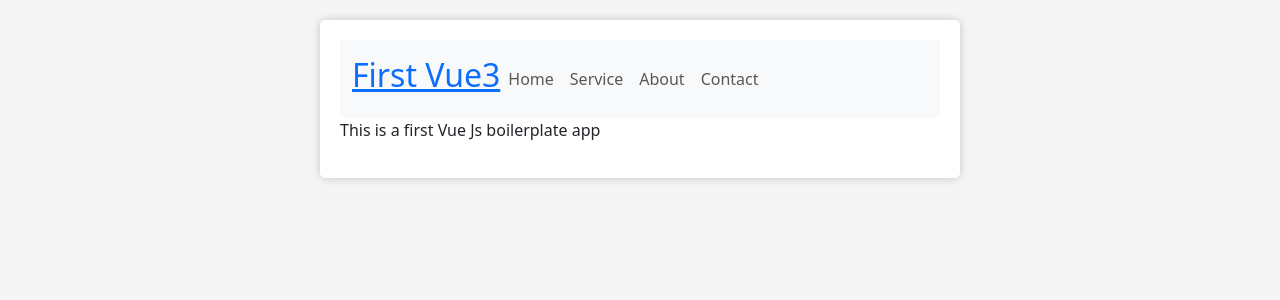
Repository: feyroozecode/intro-vue3-app
Page: index.html
These files come from the project's save history. The page is drawn as it stood at one moment and after the next save; the edit follows.
The browser window is 1280 px wide. The pictures show the whole page.

Above is the page before, as saved 2023-08-14 08:39:24.

### index.html
<!DOCTYPE html>
<html lang="en">
<head>
    <meta charset="UTF-8">
    <meta name="viewport" content="width=device-width, initial-scale=1.0">
    <title>VueJs 3</title>
    <link href="https://cdn.jsdelivr.net/npm/bootstrap@5.3.1/dist/css/bootstrap.min.css" rel="stylesheet" />
    <script src="https://unpkg.com/vue@3/dist/vue.global.js"></script>
</head>

<style>
    body {
        background-color: #f5f5f5;
        margin: 10;
    }
    #app {
        background-color: #fff;
        border-radius: 5px;
        padding: 20px;
        margin: 20px auto;
        width: 50%;
        box-shadow: 0 0 10px rgba(0,0,0,0.2);
    }
</style>

<body>

    <div id="app">
        <nav class="navbar navbar-expand-lg navbar-light bg-light">
            <div class="container-fluid">
                <a href="#" class="navbar brand"> <h2> {{ title }} </h2> </a>
                <ul class="navbar-nav me-auto mb-2 mb-lg-0 ml-5">
                    <a class="nav-link" aria-current="page" href="#">Home</a>
                    <a class="nav-link" aria-current="page" href="#">Service</a>
                    <a class="nav-link" aria-current="page" href="#">About</a>
                    <a class="nav-link" aria-current="page" href="#">Contact</a>
                </ul>
            </div>
        </nav>

        <p> {{ message }} </p>

    </div>

    <script>
        const { createApp, ref } = Vue;

        const App = createApp({
            setup() {
                const title = ref('Hello World');
                return {
                    title: "First Vue3",
                    message: "This is a first Vue Js boilerplate app"
                }
            }

        });
        App.mount('#app');
    </script>

</body>


</html>

After the next save:
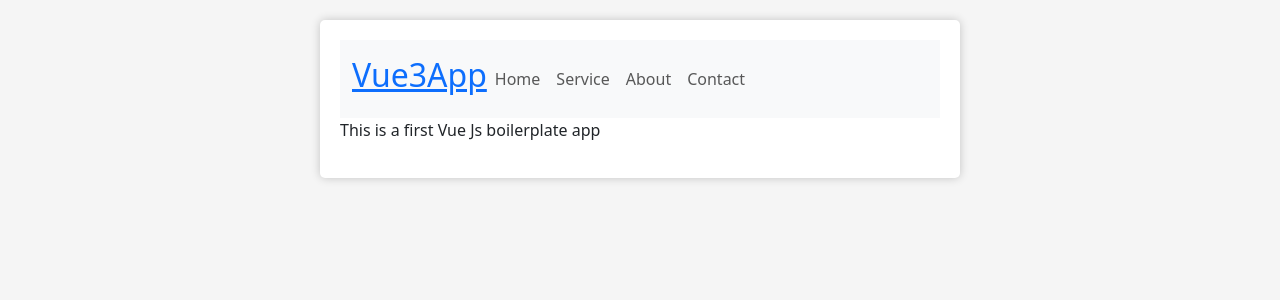
Saved 12 s later.
--- a/index.html
+++ b/index.html
@@ -49,7 +49,7 @@
             setup() {
                 const title = ref('Hello World');
                 return {
-                    title: "First Vue3",
+                    title: "Vue3App",
                     message: "This is a first Vue Js boilerplate app"
                 }
             }
